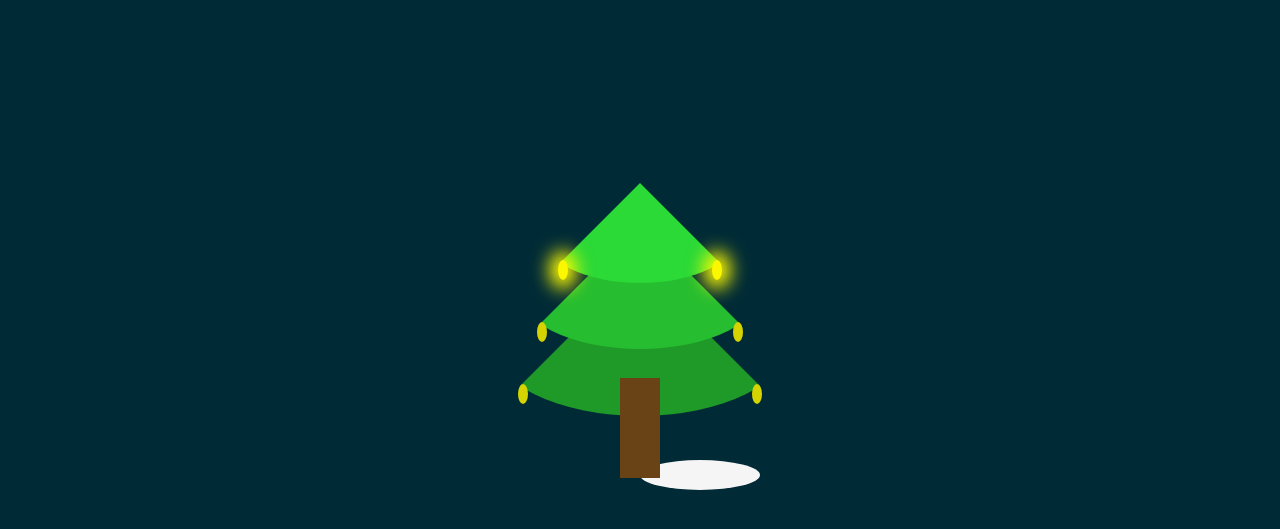
Repository: supakorn5039-boon/Christmas
Page: index.html
These files come from the project's save history. The page is drawn as it stood at one moment and after a run of saves; the edit follows.
The browser window is 1280 px wide. The pictures show the whole page.

Above is the page before, as saved 2023-12-25 08:57:44.

After the next 2 saves:
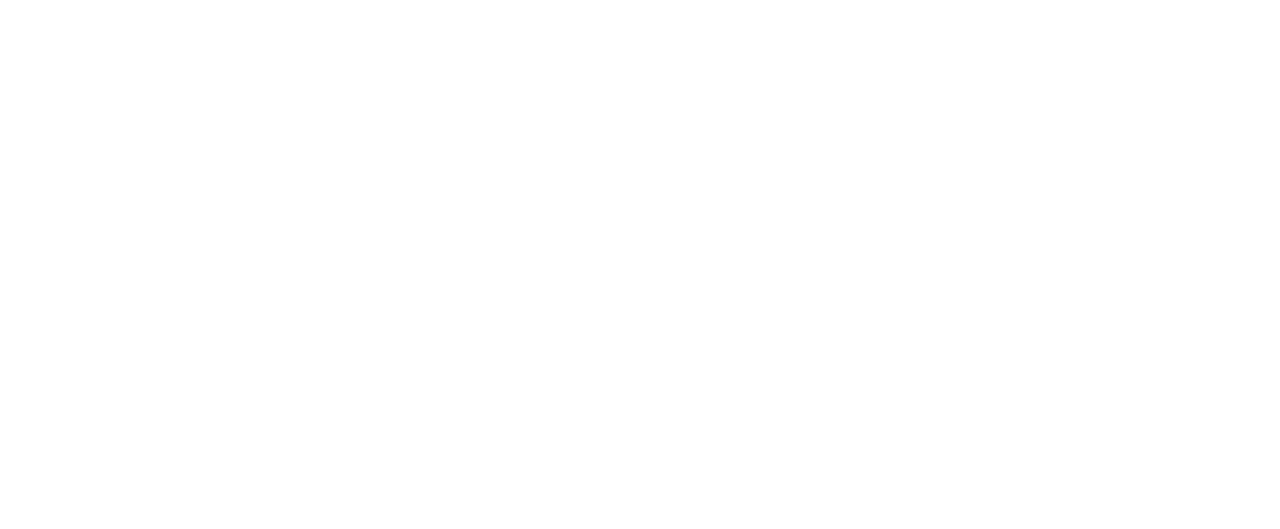
The 2 saves are shown as one change because they came seconds apart.
The last was saved 27 s later.
--- a/index.html
+++ b/index.html
@@ -1,22 +1,10 @@
-<!DOCTYPE html>
-<html lang="en">
-  <head>
-    <meta charset="UTF-8" />
-    <meta http-equiv="X-UA-Compatible" content="IE=edge" />
-    <meta name="viewport" content="width=device-width, initial-scale=1.0" />
-    <link rel="stylesheet" href="styles.css" />
-  </head>
-  <body>
-    <div class="xmas-tree">
-      <div class="start">
-        <i class="fa-solid fa-star"></i>
-      </div>
-      <div class="t1"></div>
-      <div class="t2"></div>
-      <div class="t3"></div>
-      <div class="stem"></div>
-      <div class="snow-ground"></div>
+<div class="xmas-tree">
+    <div class="start">
+      <i class="fa-solid fa-star"></i>
     </div>
-  </body>
-  <script ref="index.js"></script>
-</html>
+    <div class="t1"></div>
+    <div class="t2"></div>
+    <div class="t3"></div>
+    <div class="stem"></div>
+    <div class="snow-ground"></div>
+  </div>

After the save that followed:
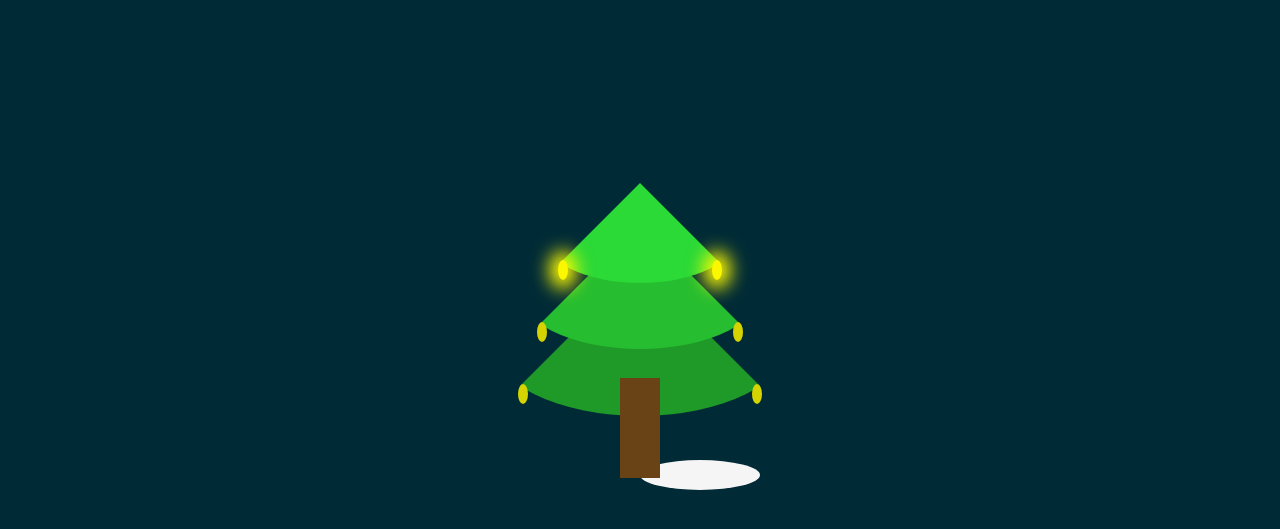
Saved 7 s later.
--- a/index.html
+++ b/index.html
@@ -1,10 +1,23 @@
-<div class="xmas-tree">
-    <div class="start">
-      <i class="fa-solid fa-star"></i>
+<!DOCTYPE html>
+<html lang="en">
+  <head>
+    <meta charset="UTF-8" />
+    <meta http-equiv="X-UA-Compatible" content="IE=edge" />
+    <meta name="viewport" content="width=device-width, initial-scale=1.0" />
+    <link rel="stylesheet" href="styles.css" />
+  </head>
+  <body>
+    <div class="xmas-tree">
+      <div class="start">
+        <i class="fa-solid fa-star"></i>
+      </div>
+      <div class="t1"></div>
+      <div class="t2"></div>
+      <div class="t3"></div>
+      <div class="stem"></div>
+      <div class="snow-ground"></div>
     </div>
-    <div class="t1"></div>
-    <div class="t2"></div>
-    <div class="t3"></div>
-    <div class="stem"></div>
-    <div class="snow-ground"></div>
-  </div>
+  </body>
+  <script ></script>
+
+</html>
